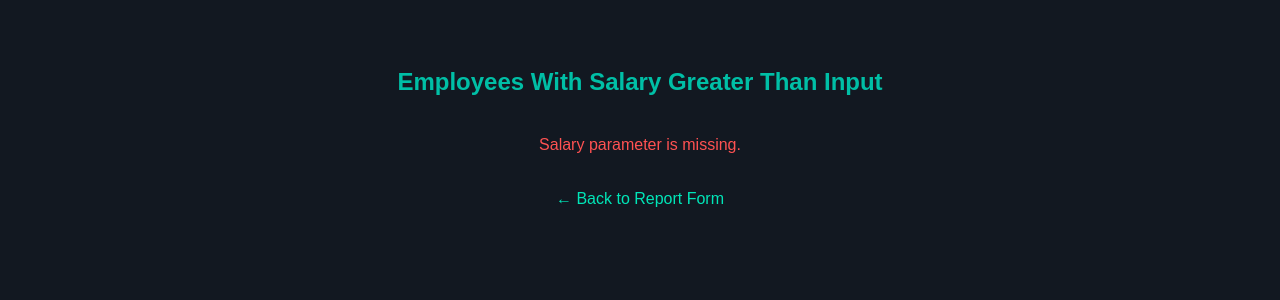
Repository: KUSUMA-74/Advance-JavaProject
Page: http://localhost/EmployeeWebApp/report_result.jsp
An editor plug-in stored every save of this project. The page is shown before and after the next save, followed by the edit.
The browser window is 1280 px wide. The pictures show the whole page.
The page is served by Tomcat 9.

Above is the page before, as saved 2025-05-30 15:33:46.

After the next save:
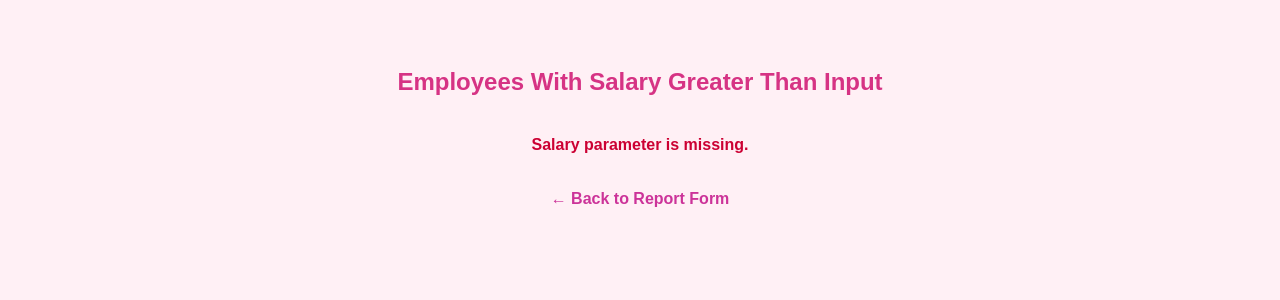
Saved 48 s later.
--- a/EmployeeWebApp/src/main/webapp/report_result.jsp
+++ b/EmployeeWebApp/src/main/webapp/report_result.jsp
@@ -6,8 +6,8 @@
     <title>Employee Salary Report</title>
     <style>
         body {
-            background-color: #121821;
-            color: #e0e6e9;
+            background-color: #fff0f5; /* light pink */
+            color: #660033; /* dark pink/purple */
             font-family: Arial, sans-serif;
             padding: 40px;
             display: flex;
@@ -15,35 +15,40 @@
             align-items: center;
         }
         h2 {
-            color: #00bfa6;
+            color: #d63384; /* strong pink */
         }
         table {
             border-collapse: collapse;
             width: 90%;
-            background-color: #1e2a38;
+            background-color: #ffe6f0; /* very light pink */
             margin-top: 20px;
-            box-shadow: 0 4px 12px rgba(0,0,0,0.3);
+            box-shadow: 0 4px 12px rgba(204, 102, 153, 0.3); /* pinkish shadow */
         }
         th, td {
             padding: 12px;
             text-align: center;
-            border-bottom: 1px solid #2e3c50;
+            border-bottom: 1px solid #ffb3d9; /* pink border */
         }
         th {
-            background-color: #00bfa6;
-            color: black;
+            background-color: #d63384; /* strong pink */
+            color: white;
         }
         td {
-            color: #e0e6e9;
+            color: #660033;
         }
         a {
             margin-top: 20px;
-            color: #00e6b8;
+            color: #cc3399; /* pink link */
             text-decoration: none;
+            font-weight: 600;
+        }
+        a:hover {
+            text-decoration: underline;
         }
         .error {
             margin-top: 20px;
-            color: #ff5252;
+            color: #cc0033; /* red-ish for errors */
+            font-weight: 600;
         }
     </style>
 </head>
